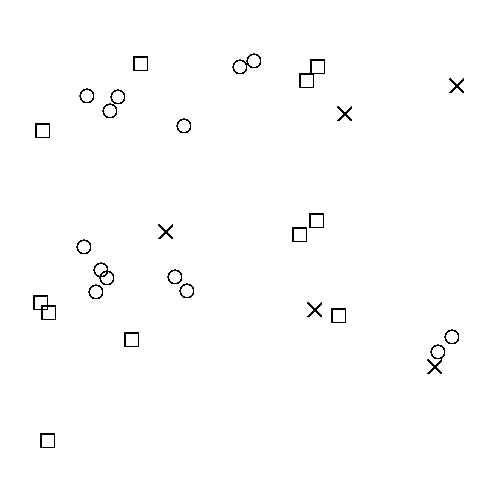
Repository: benceluzsinszky/rock-paper-scissors-simulation-pygame
Script's output: python main.py
An editor plug-in stored every save of this project. The script's output is shown before and after the next save, followed by the edit.
The window is shown after at most 60 frames with no key pressed. Random numbers start from a fixed seed. It also reads sprites/paper.png, sprites/rock.png, sprites/scissors.png.

Above is the script's output before, as saved 2023-04-24 22:07:54.

After the next save:
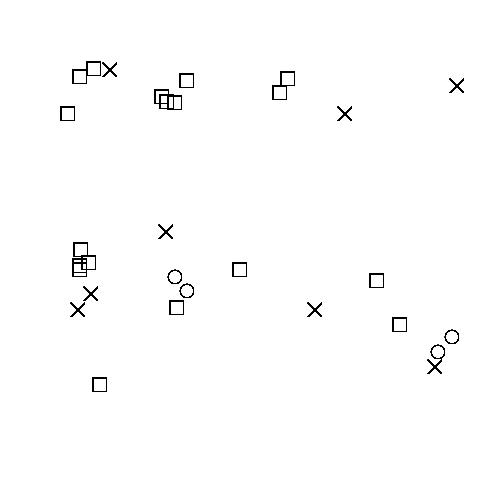
Saved 14 s later.
--- a/main.py
+++ b/main.py
@@ -41,7 +41,7 @@ class Game():
             # self.rocks.sprites()[0].eat(self.scissors)
             self.move_sprites(self.rocks, self.scissors)
             # self.move_sprites(self.scissors, self.papers)
-            # self.move_sprites(self.papers, self.rocks)
+            self.move_sprites(self.papers, self.rocks)
             self.check_collisions()
             self.update_screen()
             self.clock.tick(60)
